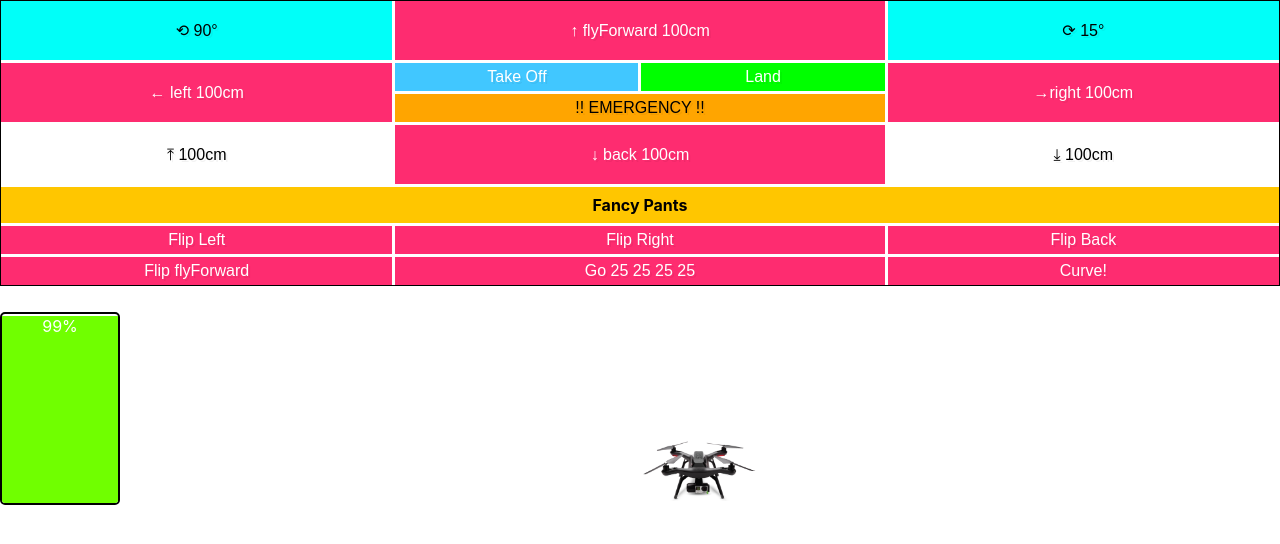
Repository: JivkoJelev91/Drone-Simulator
Page: /
These files come from the project's save history. The page is drawn as it stood at one moment and after the next save; the edit follows.
The browser window is 1280 px wide. The pictures show the whole page.
The project was rebuilt for these pictures with package versions that can differ from the ones it lists, and the page was loaded fresh each time.

Above is the page before, as saved 2018-12-21 11:31:08.

After the next save:
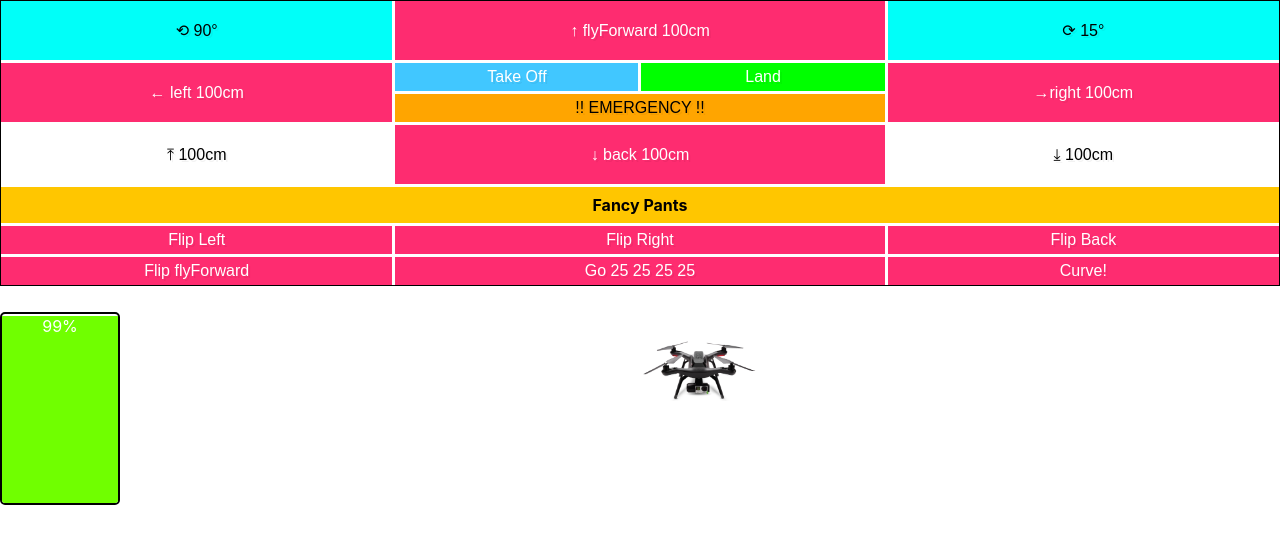
Saved 35 s later.
--- a/src/Buttons/Drone.js
+++ b/src/Buttons/Drone.js
@@ -8,7 +8,7 @@
   render() {
     console.log(this.props.state.forward);
     const styles ={
-      transform: `translateY(-${this.props.state.forward}px`,
+      transform: `translateY(-${100}px`,
       transition: `width 2s`
     }
     return (

After the save that followed:
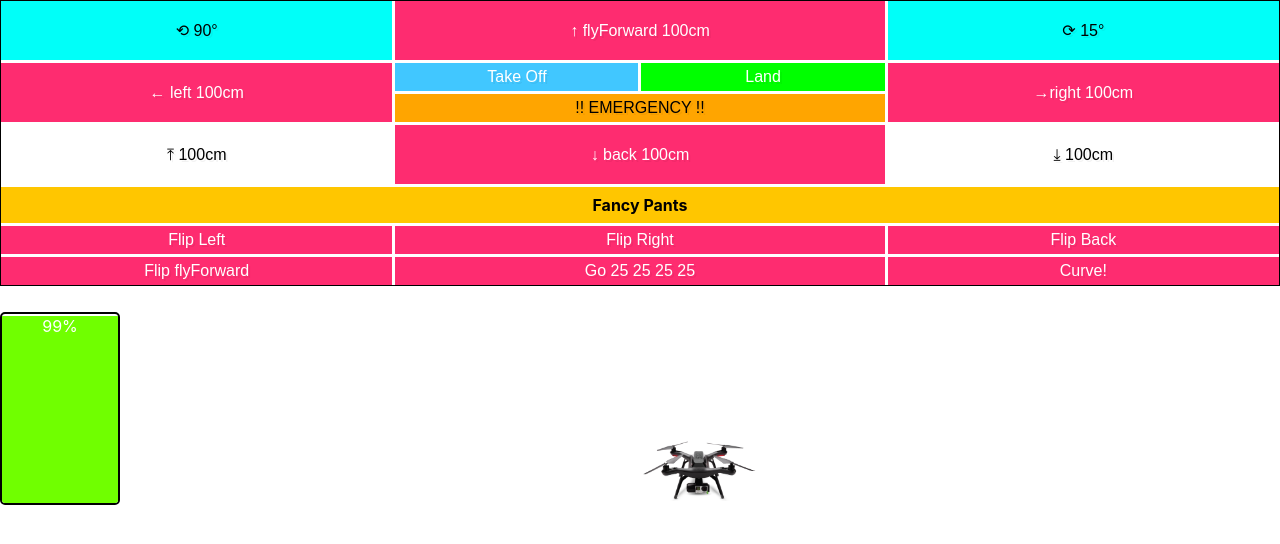
Saved 11 s later.
--- a/src/Buttons/Drone.js
+++ b/src/Buttons/Drone.js
@@ -8,7 +8,7 @@
   render() {
     console.log(this.props.state.forward);
     const styles ={
-      transform: `translateY(-${100}px`,
+      transform: `translateY(-${0}px`,
       transition: `width 2s`
     }
     return (
